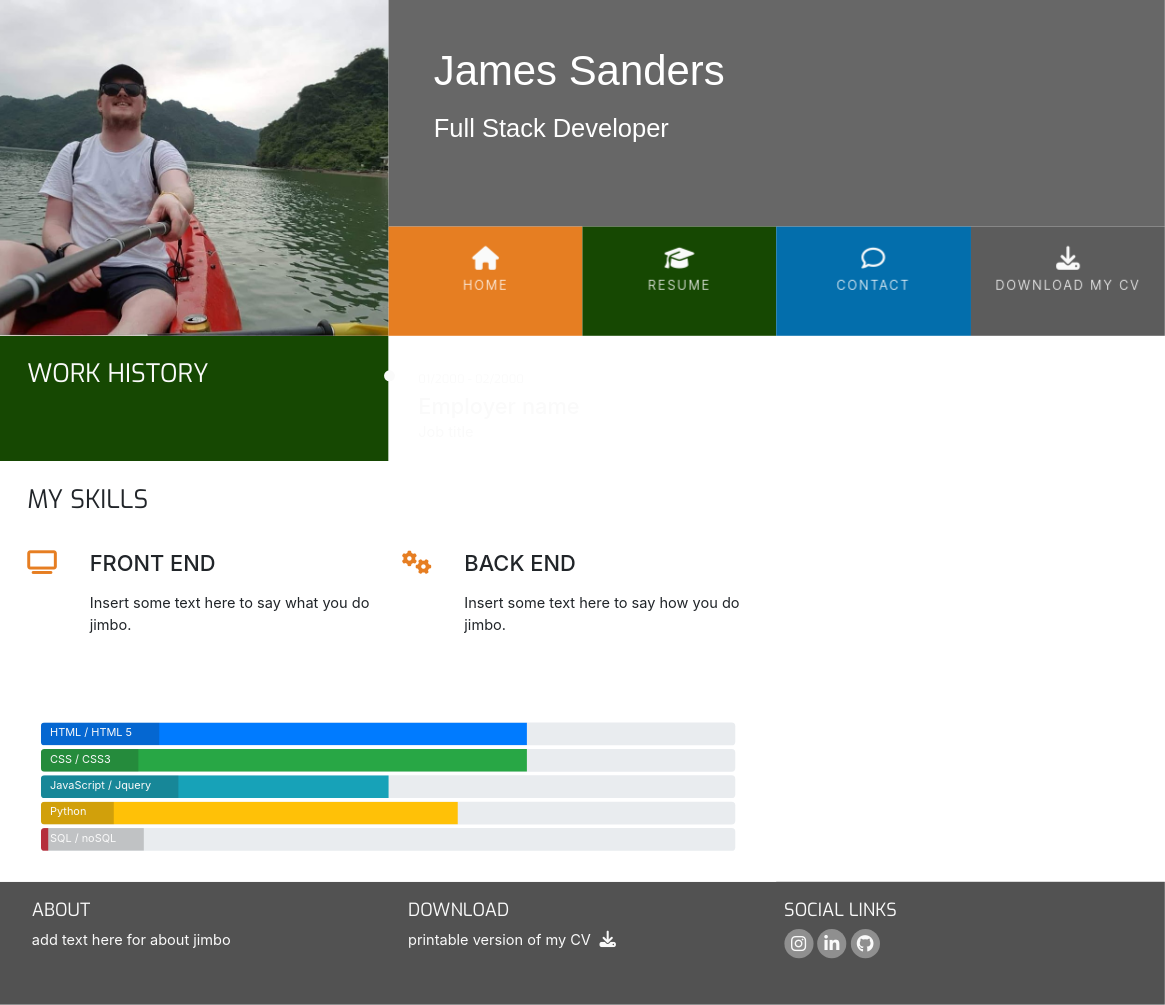
Repository: JaySanders95/my-online-resume
Page: resume.html
An editor plug-in stored every save of this project. The page is shown before and after the next save, followed by the edit.
The browser window is 1280 px wide. The pictures show the whole page, at 91% of full size.
Some web fonts or font styles are not loaded; a fallback is used. Some web libraries are served in a nearby version.

Above is the page before, as saved 2023-04-19 22:26:42.

After the next save:
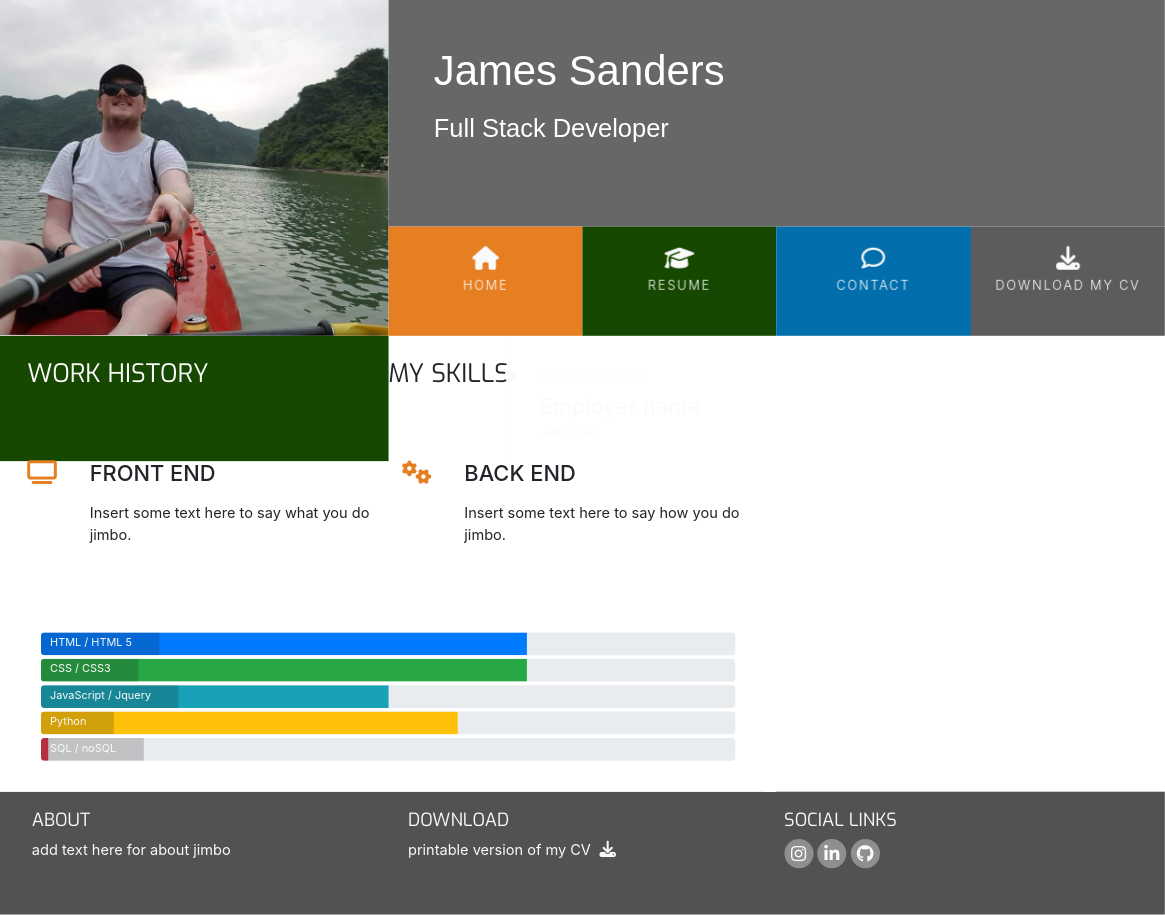
Saved 27 s later.
--- a/resume.html
+++ b/resume.html
@@ -57,16 +57,16 @@
                 </div>
 
             </div>
+            <div class="row">
+                <div class="col">
+                    <h3 class="section-heading uppercase">My Skills</h3>
+                </div>
+            </div>
             <div class="timeline-item" data-dates="01/2000 - 02/2000">
                 <h4>Employer name</h4>
                 <p>Job title</p>
             </div>
             <div class="col-md-8 bg-color-three-reasons section-column">
-                <div class="row">
-                    <div class="col">
-                        <h3 class="section-heading uppercase">My Skills</h3>
-                    </div>
-                </div>
 
                 <div class="row">
                     <div class="col-10 offset-1 offset-sm-0 col-sm-4 col-md-6">
